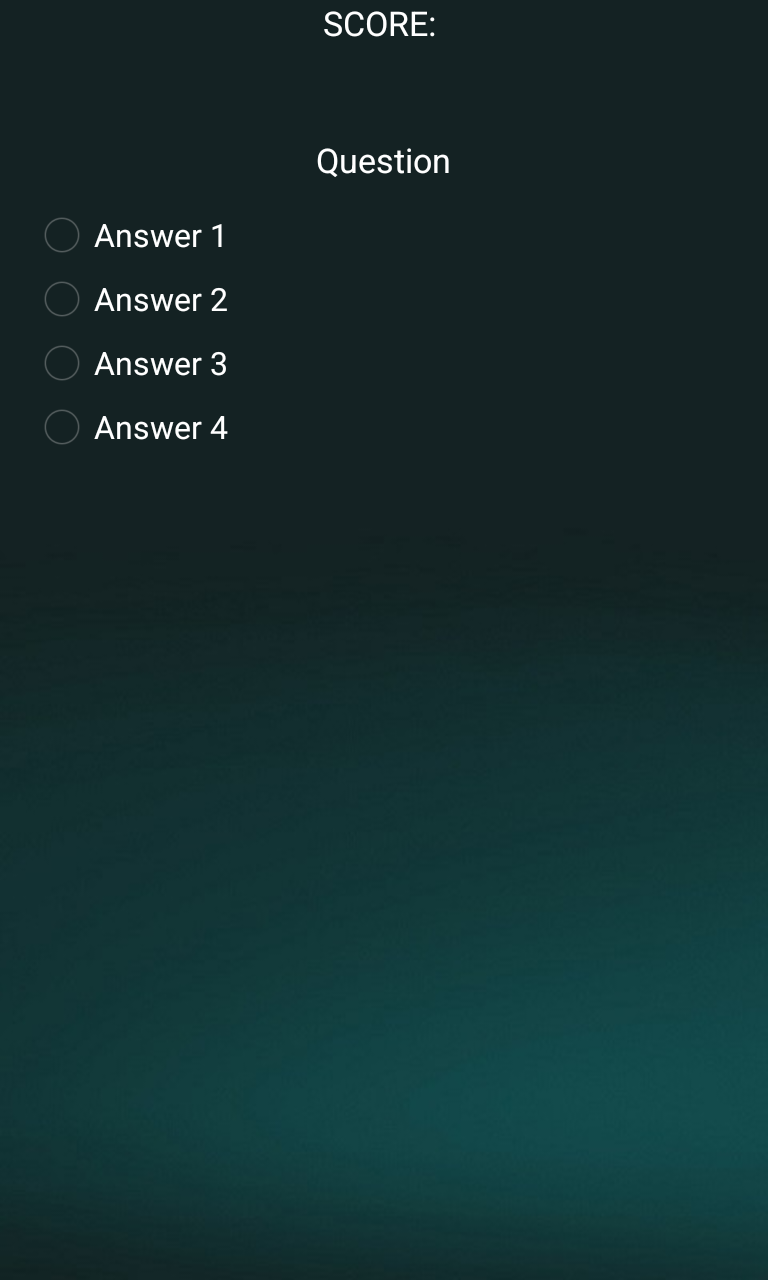
Repository: rohitchawla22/SebiQuiz
Layout: SebiQuiz/res/layout/level4.xml
The author's editor kept a copy of each file at every save. The layout is drawn from the files as they stood at one save, then again after the next save.
It is drawn on a 768 x 1280 px phone screen (xhdpi) without system bars, with theme android:Theme.Holo; the app's code is not run.

Above is the layout before, as saved 2014-06-14 04:55:09.

### SebiQuiz/res/layout/level4.xml
<?xml version="1.0" encoding="UTF-8"?>
<LinearLayout android:orientation="vertical"
    android:background="@drawable/backgroundmain"
    android:layout_height="match_parent"
    android:layout_width="match_parent"
    xmlns:android="http://schemas.android.com/apk/res/android">
    <LinearLayout android:orientation="vertical"
        android:layout_height="wrap_content"
        android:layout_width="match_parent"
        android:layout_weight="10">
        <TextView android:layout_height="wrap_content"
            android:layout_width="wrap_content"
            android:textSize="17sp"
            android:textColor="#FFF"
            android:text="SCORE: "
            android:layout_gravity="center"
            android:id="@+id/score"/>
    </LinearLayout>
    <LinearLayout android:orientation="vertical"
        android:layout_height="wrap_content"
        android:layout_width="match_parent"
        android:layout_weight="50"
        android:paddingRight="15dp"
        android:paddingLeft="15dp">
        <TextView android:layout_height="wrap_content"
            android:layout_width="wrap_content"
            android:textSize="17sp"
            android:textColor="#FFF"
            android:text="Question"
            android:layout_gravity="center"
            android:id="@+id/que"/>
        <RadioGroup android:layout_height="wrap_content"
            android:layout_width="wrap_content"
            android:id="@+id/option"
            android:layout_marginTop="10dp">
            <RadioButton android:layout_height="wrap_content"
                android:layout_width="wrap_content"
                android:textColor="#FFF"
                android:text="Answer 1"
                android:id="@+id/a"/>
            <RadioButton android:layout_height="wrap_content"
                android:layout_width="wrap_content"
                android:textColor="#FFF"
                android:text="Answer 2"
                android:id="@+id/b"/>
            <RadioButton android:layout_height="wrap_content"
                 android:layout_width="wrap_content"
                 android:textColor="#FFF"
                 android:text="Answer 3"
                 android:id="@+id/c"/>
             <RadioButton android:layout_height="wrap_content"
                 android:layout_width="wrap_content"
                 android:textColor="#FFF"
                 android:text="Answer 4"
                 android:id="@+id/d"/>
        </RadioGroup>

        </LinearLayout>
        <LinearLayout android:orientation="vertical"
            android:layout_height="wrap_content"
            android:layout_width="match_parent"
            android:layout_weight="40"
            android:paddingRight="15dp"
            android:paddingLeft="15dp"
            android:gravity="center">
         </LinearLayout>

</LinearLayout>

After the next save:
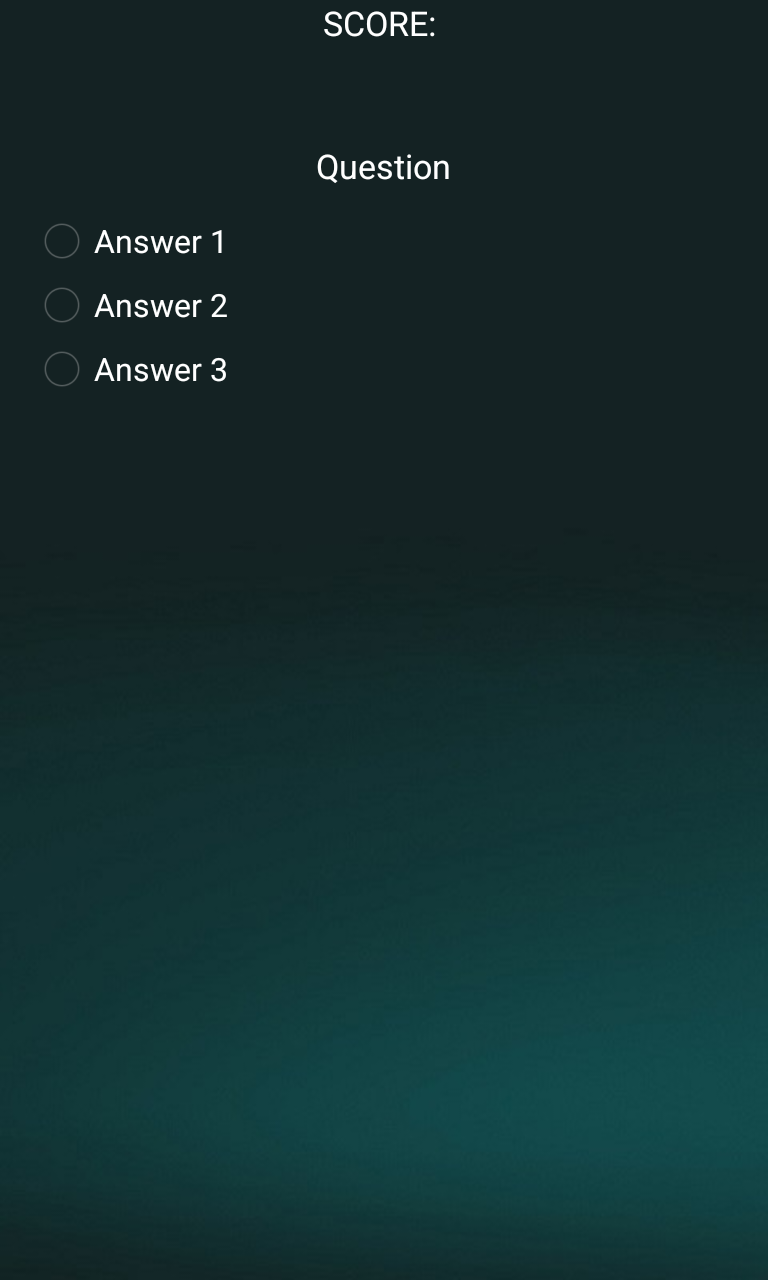
Saved 69 s later.
--- a/SebiQuiz/res/layout/level4.xml
+++ b/SebiQuiz/res/layout/level4.xml
@@ -48,12 +48,7 @@
                  android:textColor="#FFF"
                  android:text="Answer 3"
                  android:id="@+id/c"/>
-             <RadioButton android:layout_height="wrap_content"
-                 android:layout_width="wrap_content"
-                 android:textColor="#FFF"
-                 android:text="Answer 4"
-                 android:id="@+id/d"/>
-        </RadioGroup>
+         </RadioGroup>
 
         </LinearLayout>
         <LinearLayout android:orientation="vertical"
